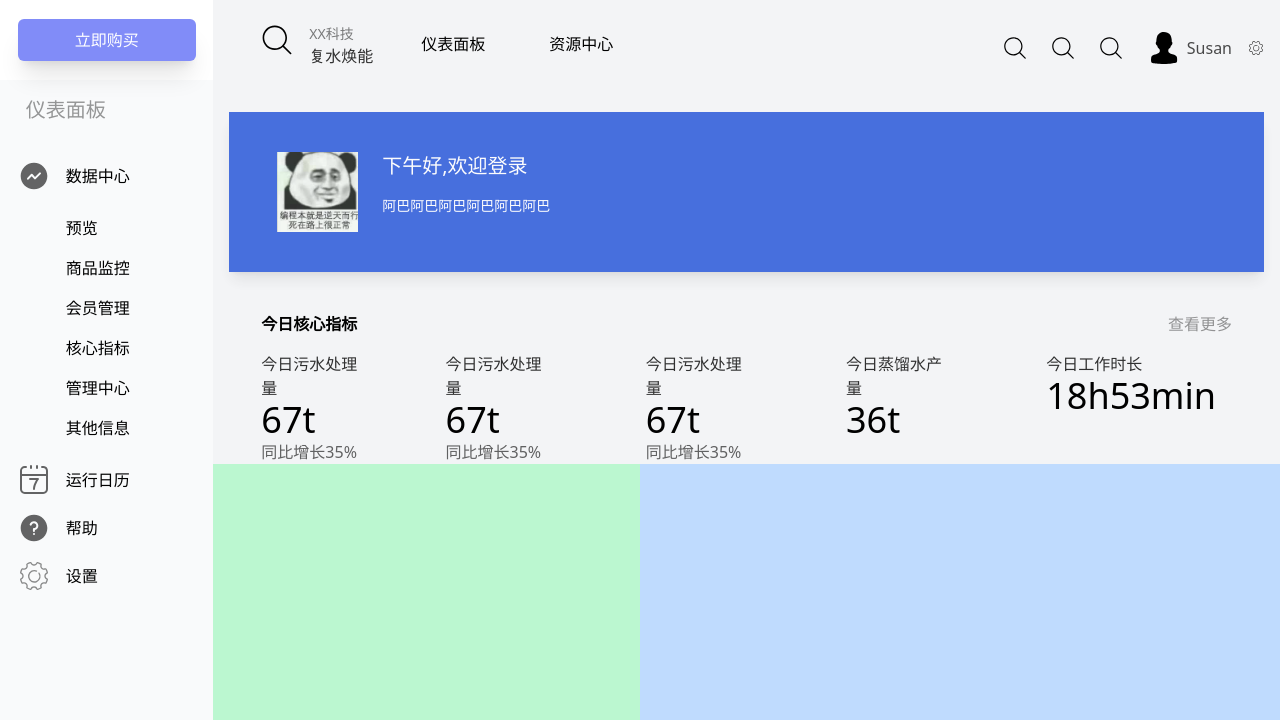
Repository: LiuRuohui/useWater
Page: /
The author's editor kept a copy of each file at every save. The page is drawn from the files as they stood at one save, then again after the next save.
The browser window is 1280 px wide. The pictures show the whole page.
The project was rebuilt for these pictures with package versions that can differ from the ones it lists, and the page was loaded fresh each time. Also part of the build but not shown: vite.config.js.

Above is the page before, as saved 2022-04-06 23:32:53.

After the next save:
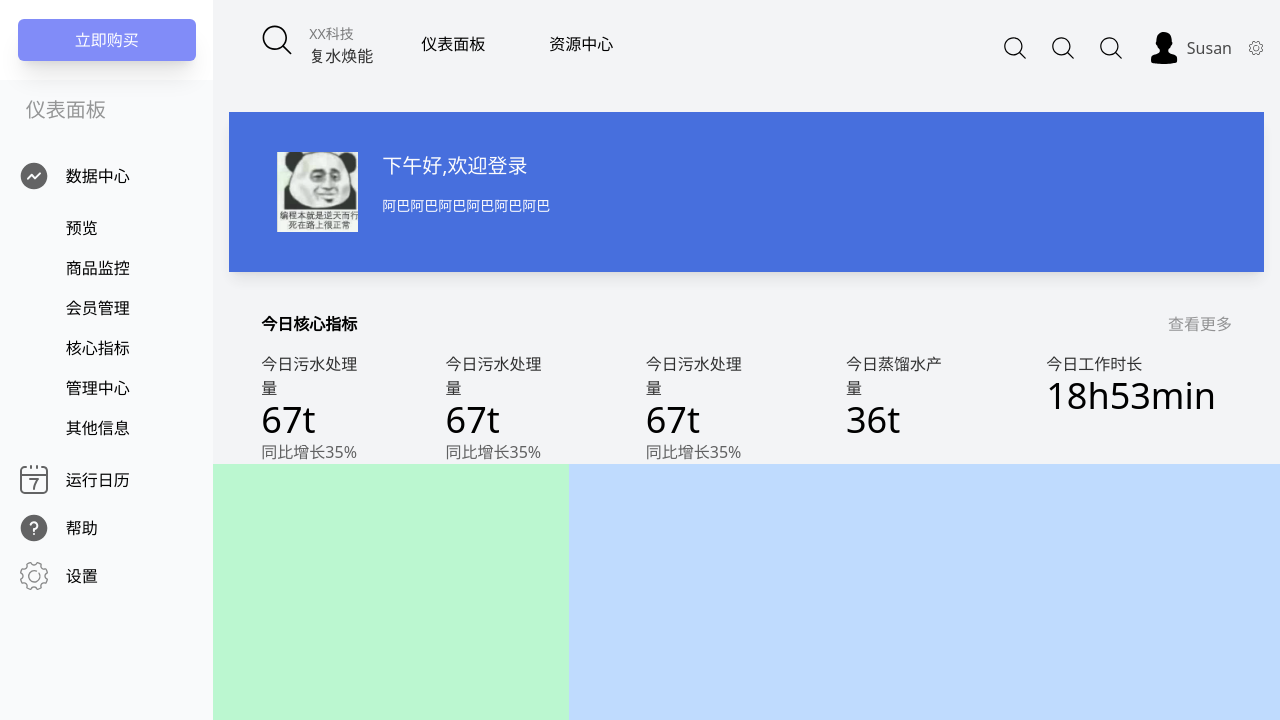
Saved 11 s later.
--- a/src/components/HelloWorld.vue
+++ b/src/components/HelloWorld.vue
@@ -105,7 +105,7 @@
           </div>
       </div>
       <div class="flex flex-grow flex-row bg-blue-200">
-          <div class="w-2/5 bg-green-200">
+          <div class="w-1/3 bg-green-200">
 
           </div>
       </div>
